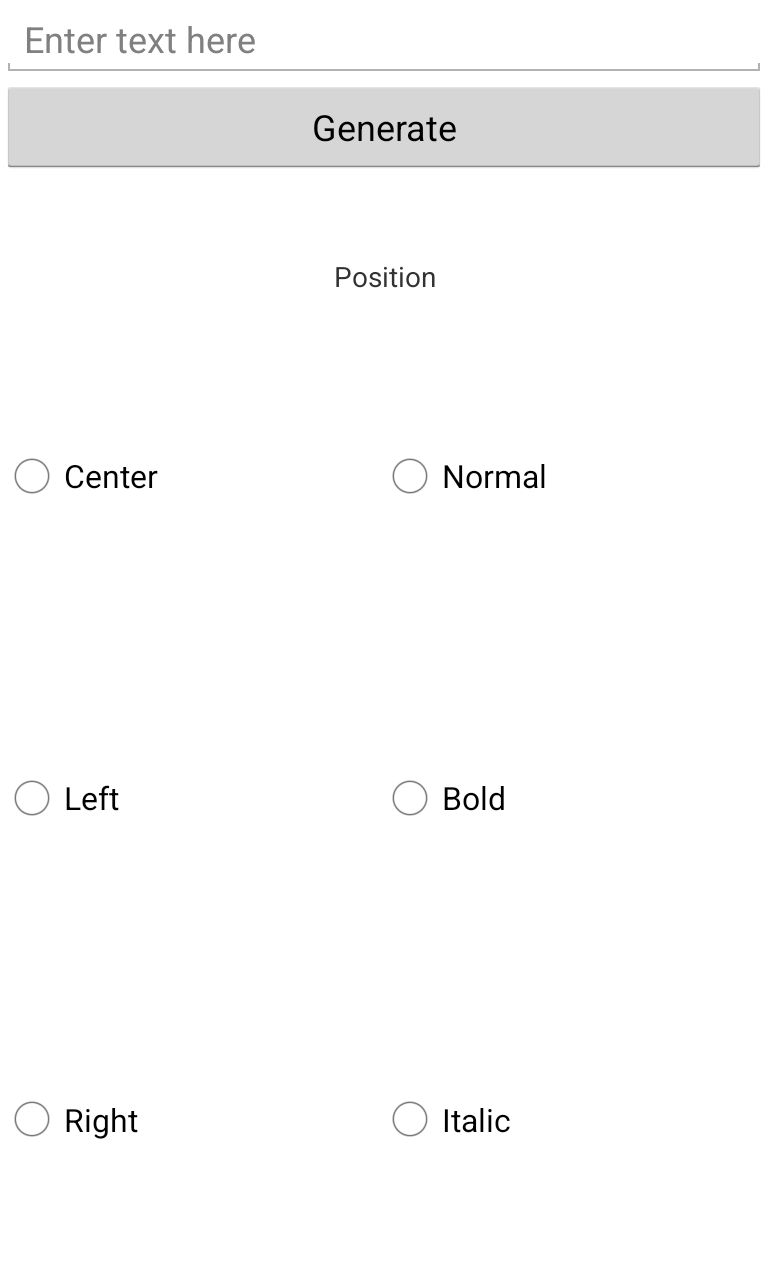
Repository: IgnacioRV/AndroidDev
Layout: ProjectYasuo/res/layout/adv_screen.xml
The author's editor kept a copy of each file at every save. The layout is drawn from the files as they stood at one save, then again after the next save.
It is drawn on a 768 x 1280 px phone screen (xhdpi) without system bars, with theme AppTheme; the app's code is not run.

Above is the layout before, as saved 2016-01-27 10:30:16.

After the next save:
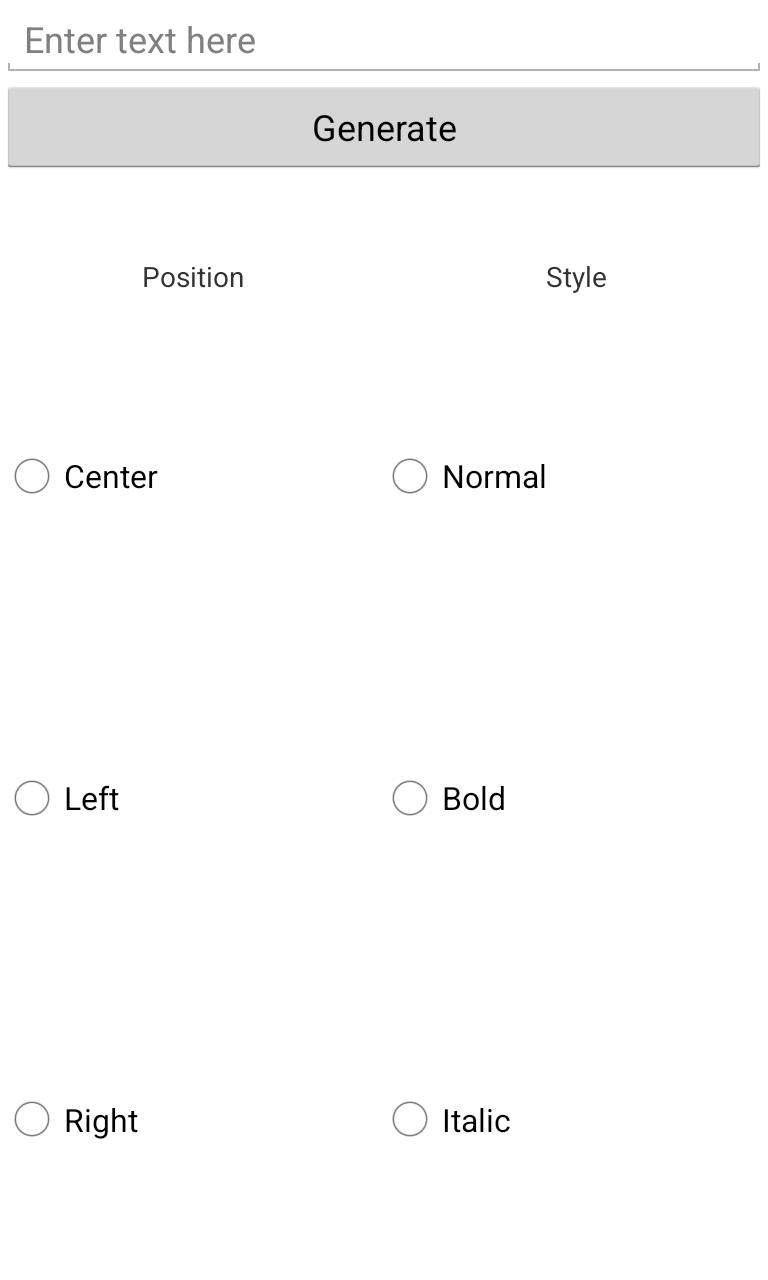
Saved 31 s later.
--- a/ProjectYasuo/res/layout/adv_screen.xml
+++ b/ProjectYasuo/res/layout/adv_screen.xml
@@ -36,7 +36,8 @@
             android:layout_width="fill_parent"
             android:layout_height="39dp"
             android:gravity="center"
-            android:text="Position" />
+            android:text="Position"
+            android:layout_weight="1" />
 
         <TextView
             android:id="@+id/textView1"
@@ -44,7 +45,8 @@
             android:layout_height="26dp"
             android:layout_weight="1"
             android:gravity="center"
-            android:text="Style" />
+            android:text="Style"
+             android:layout_weight="1" />
     </LinearLayout>
 
     <LinearLayout
